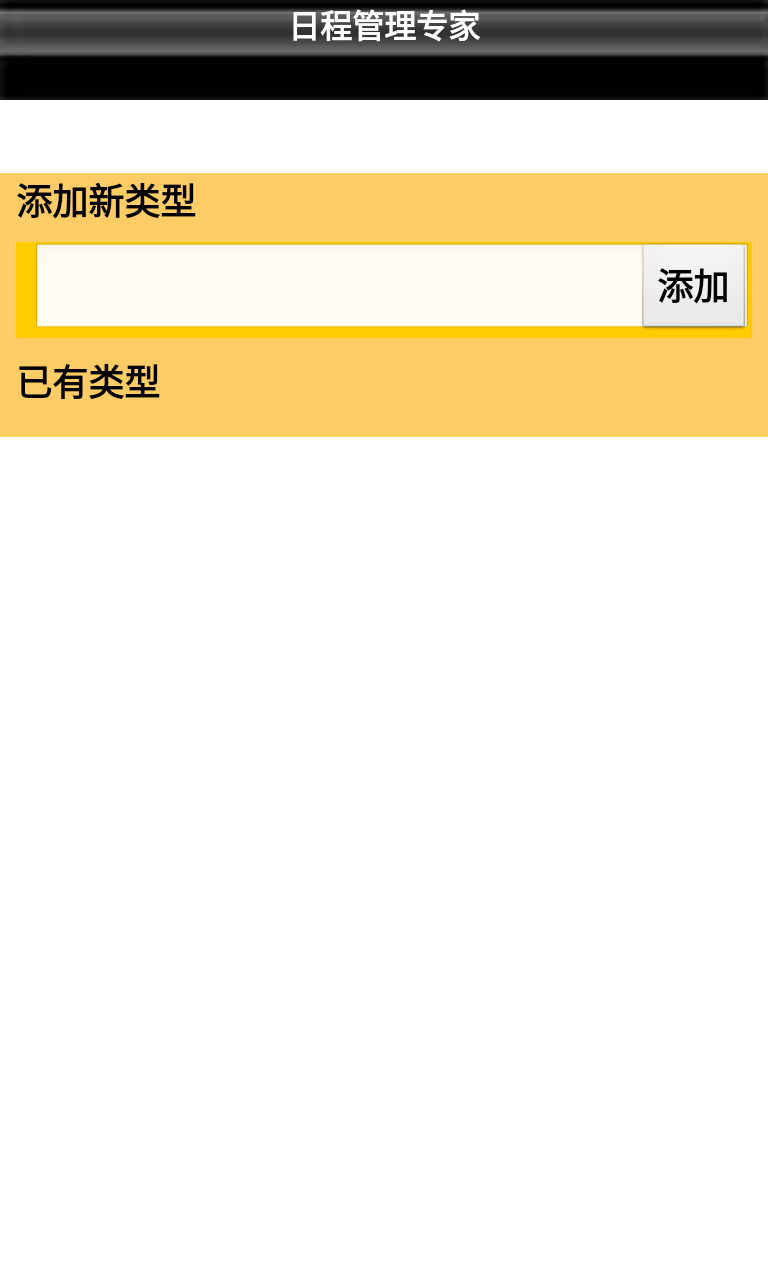
Repository: gogolaile/CoolWeather
Layout: DayDel/res/layout/add.xml
These files come from the project's save history. The layout is drawn as it stood at one moment and after the next save; the edit follows.
It is drawn on a 768 x 1280 px phone screen (xhdpi) without system bars, with theme android:Theme.NoTitleBar.Fullscreen; the app's code is not run. Lists and similar views that code fills are empty.

Above is the layout before, as saved 2015-12-05 09:49:12.

### DayDel/res/layout/add.xml
<LinearLayout xmlns:android="http://schemas.android.com/apk/res/android"
    android:layout_width="match_parent"
    android:layout_height="match_parent"
    android:background="#FFFF"
    android:orientation="vertical">

    <FrameLayout
        android:layout_width="match_parent"
        android:layout_height="50dp"
        android:background="@drawable/title">
    <TextView
        android:layout_width="wrap_content"
        android:layout_height="wrap_content"
        android:text="@string/day_manager"
        android:textSize="16sp"
        android:textColor="#FFFF"
        android:textStyle="bold"
        android:layout_gravity="center_horizontal"
        />
     </FrameLayout>
    <TextView
        android:layout_width="wrap_content"
        android:layout_height="wrap_content"
        android:text="@string/daytype_manage"
        android:textSize="18sp"
        android:textColor="#FFFF"
        android:textStyle="bold"
        android:layout_margin="5dp"/>
      <LinearLayout
          android:layout_width="match_parent"
          android:layout_height="wrap_content"
          android:orientation="vertical"
          android:background="#FFCC66">
        <TextView
           android:layout_width="wrap_content"
           android:layout_height="wrap_content"
           android:text="@string/add_new_type"
           android:textColor="#000"
           android:textStyle="bold"
           android:textSize="18sp"
           android:layout_marginLeft="8dp"
            />
           <RelativeLayout
                      android:layout_width="match_parent"
                      android:layout_height="wrap_content"
                      android:layout_margin="8dp"
                      android:background="#FFCC00">
                    <EditText
                        android:id="@+id/add_type_edit"
                        android:layout_width="match_parent"
                        android:layout_height="wrap_content"
                        android:textColor="#000"
                        android:textStyle="bold"
                        android:textSize="18sp"
                        android:layout_marginLeft="8dp"/>
                    <Button
                        android:id="@+id/add_type_button"
                        android:layout_width="wrap_content"
                        android:layout_height="wrap_content"
                        android:text="@string/add"
                        android:textColor="#000"
                        android:textStyle="bold"
                        android:textSize="18sp"
                        android:layout_alignParentRight="true"
                      />
              </RelativeLayout>
     </LinearLayout>
           <LinearLayout
          android:layout_width="match_parent"
          android:layout_height="wrap_content"
          android:orientation="vertical"
          android:background="#FFCC66">
          <TextView
           android:layout_width="wrap_content"
           android:layout_height="wrap_content"
           android:text="@string/existing_type"
           android:textColor="#000"
           android:textStyle="bold"
           android:textSize="18sp"
           android:layout_marginLeft="8dp"
                 />
     <ListView
             android:layout_width="match_parent"
             android:layout_height="match_parent"
             android:background="#FFCC66"
             android:layout_marginLeft="5dp"
             android:layout_marginRight="5dp"
             android:layout_marginBottom="15dp">
     </ListView>
     </LinearLayout>
</LinearLayout>

### DayDel/res/values/strings.xml
<?xml version="1.0" encoding="utf-8"?>
<resources>

    <string name="app_name">DayDel</string>
    <string name="hello_world">Hello world!</string>
    <string name="action_settings">Settings</string>
    <string name="day_manager">日程管理专家</string>
    <string name="duty">已有日程</string>
    <string name="type">类型</string>
    <string name="theme">主题</string>
    <string name="remark">备注</string>
    <string name="add">添加</string>
    <string name="comeback">返回上一页</string>
    <string name="add_new_type">添加新类型</string>
    <string name="type_manager">类型管理</string>
    <string name="existing_type">已有类型</string>
    <string name="complete">完成</string>
    <string name="cancel">取消</string>
    <string name="set_the_alarm">设置闹钟</string>
    <string name="set_the_time">设置日期和时间</string>
    <string name="edit">更改</string>
    <string name="search">搜索</string>
    <string name="search_result">查找结果</string>
    <string name="limited_date_range">限定日期范围</string>
    <string name="conditions_search">按条件搜索</string>
    <string name="search_from">从指定类型中搜索</string>
    <string name="choose_all_type">选定以上所有类型</string>
    <string name="metting">会议</string>
    <string name="memo">备忘</string>
    <string name="date">约会</string>
    <string name="backlog">待办</string>
    <string name="date_changed">修改日程</string>
    <string name="date_build">新建日程</string>
    <string name="day">日期:2011/06/19</string>
    <string name="time">时间:08:00</string>
    <string name="alarm">闹钟:无闹钟</string>
    <string name="daytype_manage">日程类型管理</string>
</resources>

After the next save:
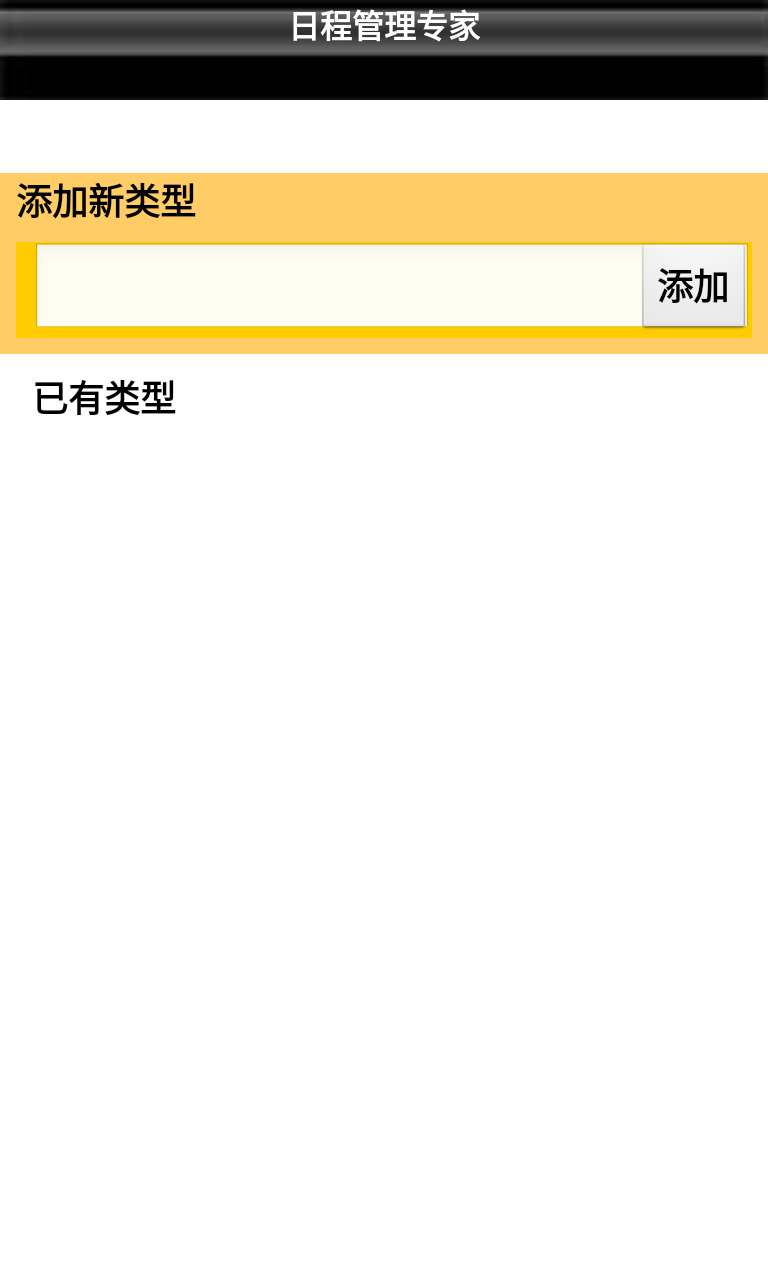
Saved 2 min 50 s later.
--- a/DayDel/res/layout/add.xml
+++ b/DayDel/res/layout/add.xml
@@ -69,7 +69,9 @@
           android:layout_width="match_parent"
           android:layout_height="wrap_content"
           android:orientation="vertical"
-          android:background="#FFCC66">
+          android:layout_marginTop="8dp"
+          android:layout_marginLeft="8dp"
+          android:layout_marginRight="8dp">
           <TextView
            android:layout_width="wrap_content"
            android:layout_height="wrap_content"
